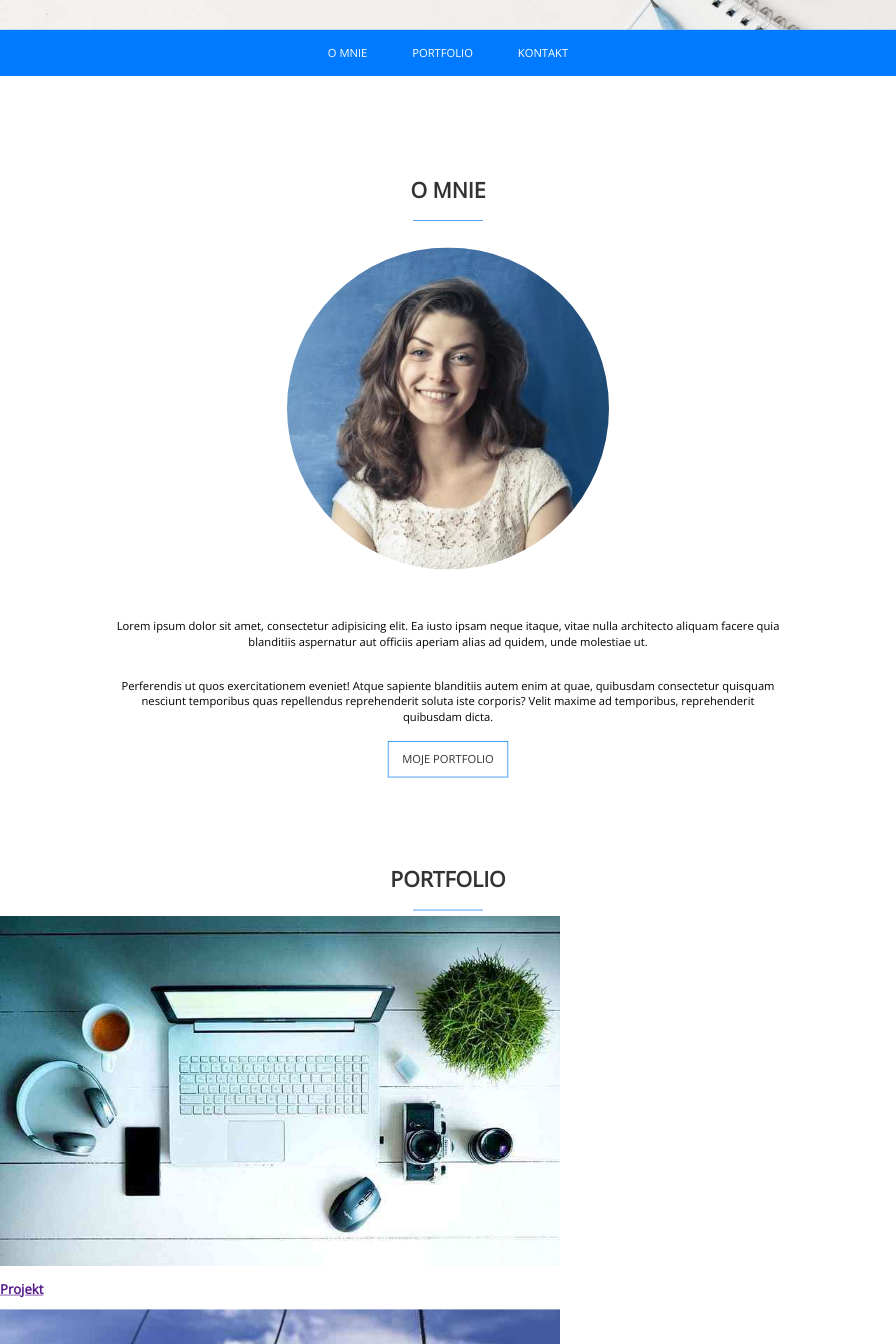
Repository: magdaf41/CSS
Page: zadanie_9/index.html
These files come from the project's save history. The page is drawn as it stood at one moment and after the next save; the edit follows.
The browser window is 1280 px wide. The pictures show the part of the page from y = 461 to 2381 px (the page is 8711 px tall), at 70% of full size.

Above is the page before, as saved 2020-08-26 20:47:31.

### zadanie_9/index.html
<!DOCTYPE html>
<html lang="pl">

<head>
    <meta charset="UTF-8">
    <meta name="viewport" content="width=device-width, initial-scale=1.0">
    <title>Portfolio</title>
    <link rel="stylesheet" href="css/normalize.css">

    <link rel="stylesheet" href="https://cdnjs.cloudflare.com/ajax/libs/font-awesome/4.7.0/css/font-awesome.min.css">

    <link href="https://fonts.googleapis.com/css2?family=Open+Sans:wght@300;400&display=swap" rel="stylesheet">

    <link rel="stylesheet" href="css/style.css">
</head>

<body>

    <header class="main-header">
        <div class="main-header-content">
            <h1>Front end developer</h1>
            <hr>
            <p>HTML <span>&bull;</span> CSS <span>&bull;</span> JavaScript </p>
            <a href="" class="btn">Dowiedz się więcej</a>

        </div>
    </header>

    <nav class="main-menu">
        <ul>
            <li class="menu-item"><a href="#about">O mnie </a> </li>
            <li class="menu-item"><a href="#portfolio">Portfolio</a></li>
            <li class="menu-item"><a href="#contact">Kontakt</a></li>
        </ul>
    </nav>

    <section id="about">
        <h2 class="title">O mnie</h2>
        <hr>
        <img src="img/about.jpg" class="photo" alt="moje_zdjęcie">
        <p>Lorem ipsum dolor sit amet, consectetur adipisicing elit. Ea iusto ipsam neque itaque, vitae nulla architecto
            aliquam facere quia blanditiis aspernatur aut officiis aperiam alias ad quidem, unde molestiae ut.</p>
        <p>Perferendis ut quos exercitationem eveniet! Atque sapiente blanditiis autem enim at quae, quibusdam
            consectetur quisquam nesciunt temporibus quas repellendus reprehenderit soluta iste corporis? Velit maxime
            ad temporibus, reprehenderit quibusdam dicta.</p>
        <a href="" class="btn">Moje portfolio</a>


    </section>

    <section id="portfolio">
        <h2 class="title">Portfolio</h2>
        <hr>

        <div class="img">
            <a href="" class="portfolio-item"">
            <img src=" img/portfolio/photo-1.jpg" alt="photo-1">
                <h3>Projekt</h3>
            </a>
            <a href="" class="portfolio-item"">
            <img src=" img/portfolio/photo-2.jpg" alt="photo-2">
                <h3>Projekt</h3>
            </a>
            <a href="" class="portfolio-item"">
            <img src=" img/portfolio/photo-3.jpg" alt="photo-3">
                <h3>Projekt</h3>
            </a>
            <a href="" class="portfolio-item"">
            <img src=" img/portfolio/photo-4.jpg" alt="photo-4">
                <h3>Projekt</h3>
            </a>
            <a href="" class="portfolio-item"">
            <img src=" img/portfolio/photo-5.jpg" alt="photo-5">
                <h3>Projekt</h3>
            </a>
            <a href="" class="portfolio-item"">
            <img src=" img/portfolio/photo-6.jpg" alt="photo-6">
                <h3>Projekt</h3>
            </a>
            <a href="" class="portfolio-item"">
            <img src=" img/portfolio/photo-7.jpg" alt="photo-7">
                <h3>Projekt</h3>
            </a>
            <a href="" class="portfolio-item"">
            <img src=" img/portfolio/photo-8.jpg" alt="photo-8">
                <h3>Projekt</h3>
            </a>
            <a href="" class="portfolio-item"">
            <img src=" img/portfolio/photo-9.jpg" alt="photo-9">
                <h3>Projekt</h3>
            </a>
            <a href="" class="portfolio-item"">
            <img src=" img/portfolio/photo-10.jpg" alt="photo-10">
                <h3>Projekt</h3>
            </a>
            <a href="" class="portfolio-item"">
            <img src=" img/portfolio/photo-11.jpg" alt="photo-11">
                <h3>Projekt</h3>
            </a>
            <a href="" class="portfolio-item"">
            <img src=" img/portfolio/photo-12.jpg" alt="photo-12">
                <h3>Projekt</h3>
            </a>

        </div>
    </section>

    <section id="contact"></section>
    <h2 class="title">Kontakt</h2>
    <hr>
    <form class="form">
        <input type="text" name="name" id="name" placeholder="Imię">
        <input type="email" name="email" id="email" placeholder="Email">
        <textarea name="message" id="message" placeholder="Wiadomość"></textarea>
        <button type="submit" class="button">Wyślij wiadomość</button>
    </form>

    <a href="#" class="fa fa-facebook"></a>
    <a href="#" class="fa fa-twitter"></a>

    <footer>
        <p>Copyright&copy; Magdalena Falkowska-Legieć
        <p></p>
    </footer>

</body>

</html>

### zadanie_9/css/style.css
* {
    box-sizing: border-box;
}

body {
    font-family: 'Open Sans', sans-serif;
}

hr {
    background-color: #007bff;
    width: 100px;
    height: 1px;
    border: none;
    padding: 0%;
}

.btn {
    text-decoration: none;
    text-transform: uppercase;
    color: #333;
    border: 1px solid #007bff;
    padding: 14px 20px;
    cursor: pointer;
    transition: all .3s;
}

.btn:hover {
    color: white;
    background-color: #007bff;
}

.title {
    text-transform: uppercase;
    font-size: 1.9em;
    color: #333;
    text-align: center;
}

/* Header style */

.main-header {
    height: 70vh;
    background-image: url(../img/header.jpg);
    background-size: cover;
    background-position: center;
    background-repeat: no-repeat;
    display: flex;
    align-items: center;
    justify-content: center;
}

.main-header .main-header-content {
    text-align: center;
}

.main-header .main-header-content h1 {
    font-size: 4.2em;
    color: #007bff;
    text-transform: uppercase;
    margin: 0;
}

.main-header .main-header-content p {
    color: #333;
    font-size: 1.3em;
    margin: 40px 0;
}

.main-header .main-header-content p span {
    color: #007bff;
}

/* nav */

.main-menu {
    background-color: #007bff;
}

.main-menu ul {
    margin: 0;
    padding: 10px 0;
    text-align: center;
}

.main-menu ul .menu-item {
    display: inline-block;
    margin: 0 10px;
}

.main-menu ul .menu-item a {
    color: white;
    text-decoration: none;
    text-transform: uppercase;
    padding: 14px 20px;
    display: block;
    transition: all .3;
}

.main-menu ul .menu-item a:hover {
    background-color: white;
    color: #007bff;
}

#about {
    background-color: white;
    height: 100hv;
    text-align: center;
    padding: 120px;
}

#about .photo {
    display: block;
    margin-left: auto;
    margin-right: auto;
    width: 50%;
    border-radius: 50%;
    padding: 30px;
}

#about p {
    margin: 40px;
    line-height: 1.4;
}
/*
#portfolio {
    background-color: #f2f1ed;
    text-align: center;
    padding: 120px;

}

#portfolio .img {
    border: 5px solid red;
	width: 25%;
	height: 230px;
	position: relative;
	overflow: hidden;

}
#portfolio .img .portfolio-item{
    width: 100%;
	height: 100%;
	object-fit: cover;
	transition: all .3s;
} */

Loaded but not shown: zadanie_9/css/normalize.css (library)

After the next save:
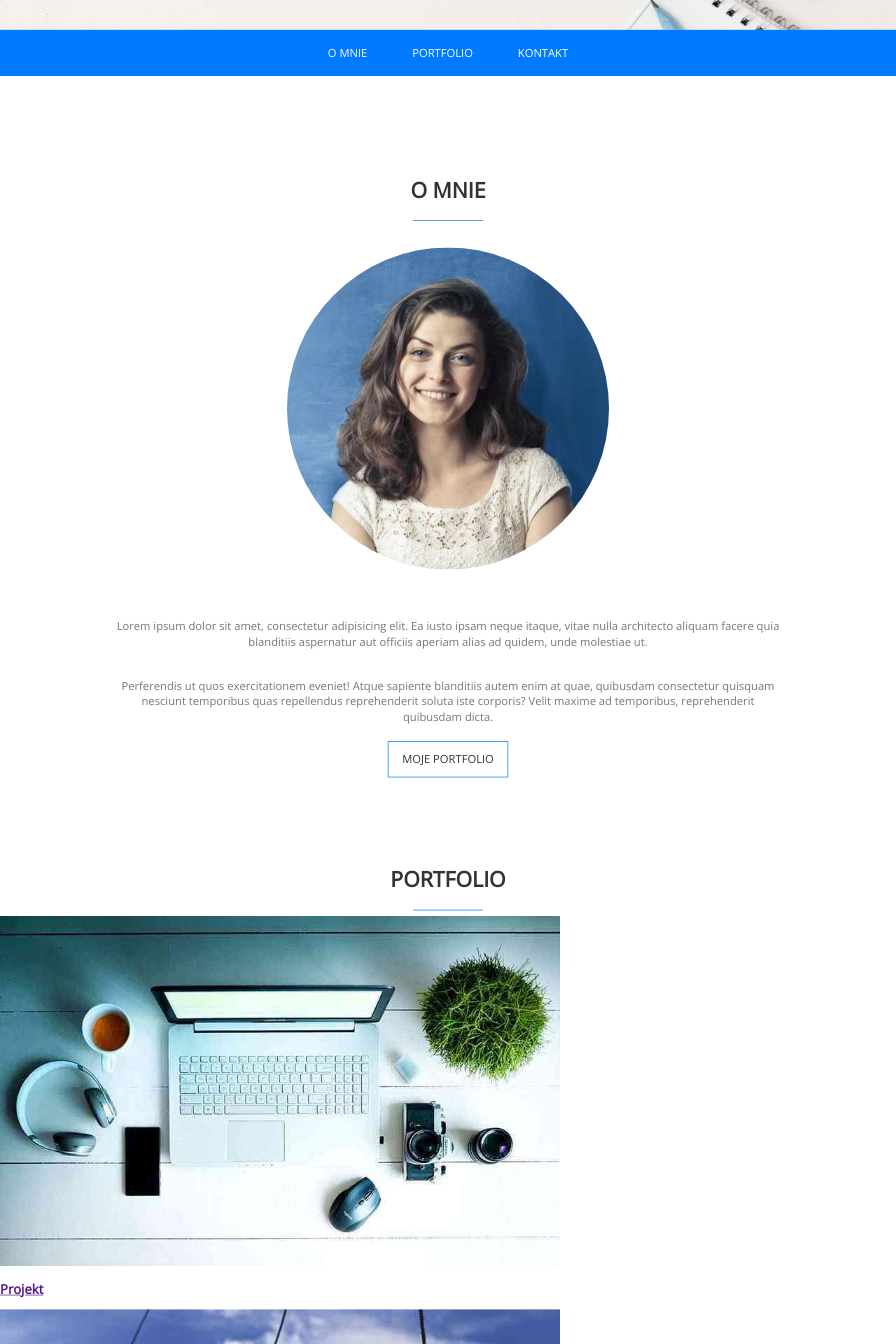
Saved 35 s later.
--- a/zadanie_9/css/style.css
+++ b/zadanie_9/css/style.css
@@ -120,6 +120,7 @@ hr {
 #about p {
     margin: 40px;
     line-height: 1.4;
+    color: #777;
 }
 /*
 #portfolio {
